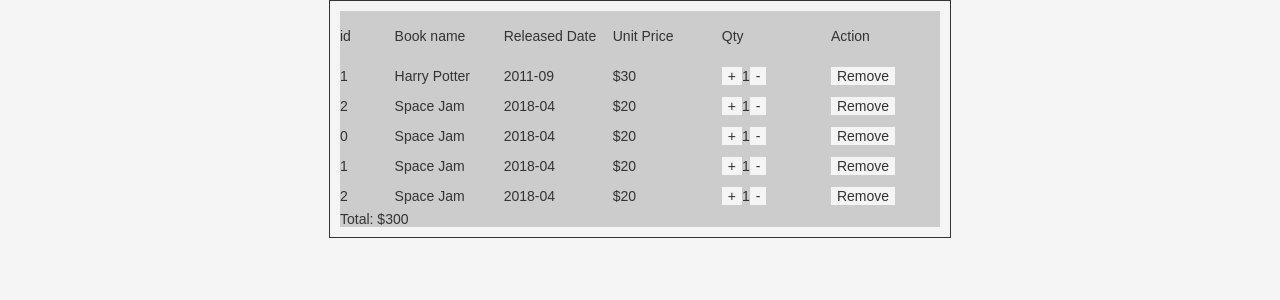
Repository: vgg1kkh/myBookStoreBasket
Page: /
These files come from the project's save history. The page is drawn as it stood at one moment and after a run of saves; the edit follows.
The browser window is 1280 px wide. The pictures show the whole page.
The project was rebuilt for these pictures with package versions that can differ from the ones it lists, and the page was loaded fresh each time.

Above is the page before, as saved 2021-10-07 08:00:54.

### public/index.html
<!DOCTYPE html>
<html lang="en">
  <head>
    <meta charset="utf-8" />
    <link rel="icon" href="%PUBLIC_URL%/favicon.ico" />
    <meta name="viewport" content="width=device-width, initial-scale=1" />
    <meta name="theme-color" content="#000000" />
    <meta
      name="description"
      content="Web site created using create-react-app"
    />
    <title>React App</title>
  </head>
  <body>
    <noscript>You need to enable JavaScript to run this app.</noscript>
    <div id="root"></div>

  </body>
</html>

### src/App.js
import {useState} from 'react'
import './App.css'
import './reset.css'

function App() {

  const initialState = [
    {id:3,name:"Math",date:"2020-09",price:22,number:1},
    {id:4,name:"English",date:"2010-01",price:22,number:4},
    {id:5,name:"History",date:"2021-03",price:22,number:3}
  ]

  const [bookList, setBookList] = useState(initialState)
  return (
    <>
      <div className="box">
        <ul className="books-wrapper">
          <li className="item-wrapper">

              <li className="item-column">id</li>
              <li className="item-column">Book name</li>
              <li className="item-column">Released Date</li>
              <li className="item-column">Unit Price</li>
              <li className="item-column">Qty</li>
              <li className="item-column">Action</li>

          </li>
          <li className="item-wrapper">

              <li className="item-column">1</li>
              <li className="item-column">Harry Potter</li>
              <li className="item-column">2011-09</li>
              <li className="item-column">$30</li>
              <li className="item-column">
                <button>+</button>
                <span>1</span>
                <button>-</button>
              </li>
              <li className="item-column">
                <button>Remove</button>
              </li>
          </li>
          <li className="item-wrapper">
              <li className="item-column">2</li>
              <li className="item-column">Space Jam</li>
              <li className="item-column">2018-04</li>
              <li className="item-column">$20</li>
              <li className="item-column">
                <button>+</button>
                <span>1</span>
                <button>-</button>
              </li>
              <li className="item-column">
                <button>Remove</button>
              </li>
          </li>
          {
            bookList.map((item,index)=>{
              return(
                <li className="item-wrapper" key= {item.id}>
              <li className="item-column">{index}</li>
              <li className="item-column">Space Jam</li>
              <li className="item-column">2018-04</li>
              <li className="item-column">$20</li>
              <li className="item-column">
                <button>+</button>
                <span>1</span>
                <button>-</button>
              </li>
              <li className="item-column">
                <button>Remove</button>
              </li>
          </li>
              )
            })
          }
          <div>Total: $300</div>
        </ul>
      </div>
    </>
  );
}

export default App;

### src/App.css

.box {
    width: 600px;
    border: 1px solid #333;
    margin: auto;
    padding: 10px
}
.books-wrapper {
    width:100%;
    background-color: #ccc;
}
.item-wrapper {
    display: flex;
    width: 100%;
    height: 30px;
    line-height: 30px;
}

.books-wrapper .item-wrapper:first-child {
    height: 50px;
    line-height: 50px;
}

.item-column{
    flex: 1;
}

.item-wrapper .item-column:first-child {
    flex: 0.5;
}

.item-wrapper:first-child {
    flex: 0.5;
}

### src/reset.css



/* 样式的重置 */
body,
html,
h1,
h2,
h3,
h4,
h5,
h6,
ul,
ol,
li,
dl,
dt,
dd,
header,
menu,
section,
p,
input,
td,
th,
ins {
  padding: 0;
  margin: 0;
}

ul,
ol,
li {
  list-style: none;
}

a {
  text-decoration: none;
  color: #666;
}

a:hover {
  color: #666;
  text-decoration: underline;
}

i,
em {
  font-style: normal;
}

input,
textarea,
button,
select,
a {
  outline: none;
  border: none;
}

table {
  border-collapse: collapse;
  border-spacing: 0;
}

img {
  border: none;
  vertical-align: middle;
}

/* 全局样式 */
body,
textarea,
select,
input,
button {
  font-size: 14px;
  color: #333;
  font-family: Arial, Helvetica, sans-serif;
  background-color: #f5f5f5;
}

Loaded but not shown: src/index.js (common file); src/index.css (common file)

After the next 2 saves:
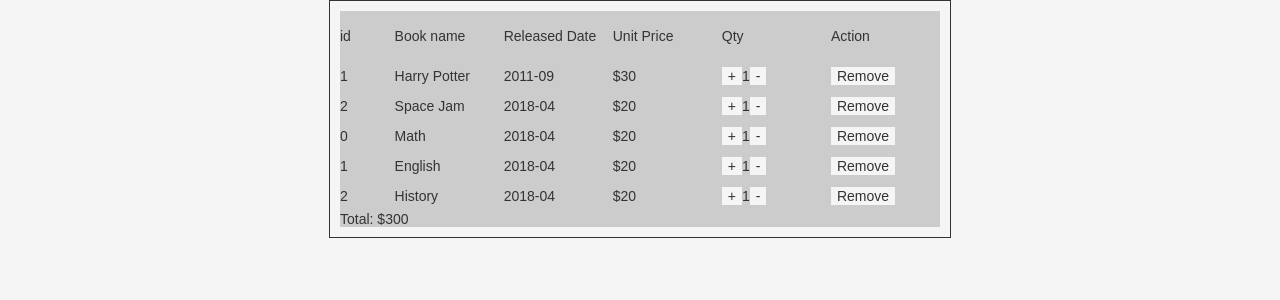
The 2 saves are shown as one change because they came seconds apart.
The last was saved 11 s later.
--- a/src/App.js
+++ b/src/App.js
@@ -59,7 +59,7 @@ function App() {
               return(
                 <li className="item-wrapper" key= {item.id}>
               <li className="item-column">{index}</li>
-              <li className="item-column">Space Jam</li>
+              <li className="item-column">{item.name}</li>
               <li className="item-column">2018-04</li>
               <li className="item-column">$20</li>
               <li className="item-column">
